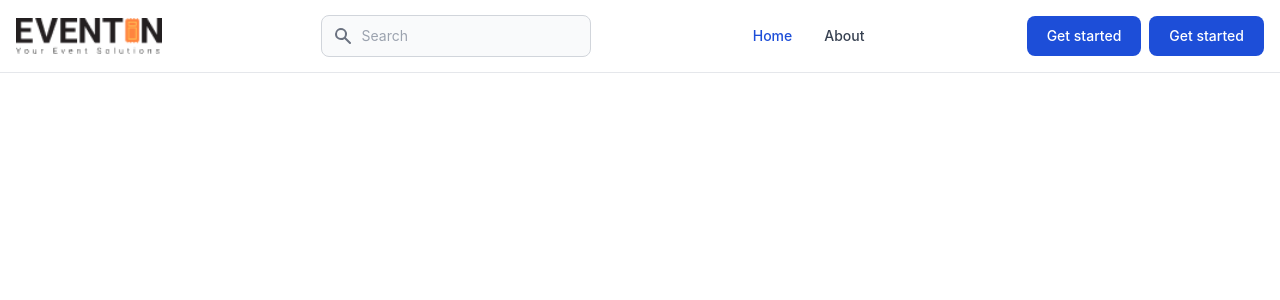
Repository: farrelmuhammad/eventon-indobild
Page: /
The author's editor kept a copy of each file at every save. The page is drawn from the files as they stood at one save, then again after the next save.
The browser window is 1280 px wide. The pictures show the whole page.
The project was rebuilt for these pictures with package versions that can differ from the ones it lists, and the page was loaded fresh each time. Also part of the build but not shown: src/App.css.

Above is the page before, as saved 2023-02-07 15:40:58.

After the next save:
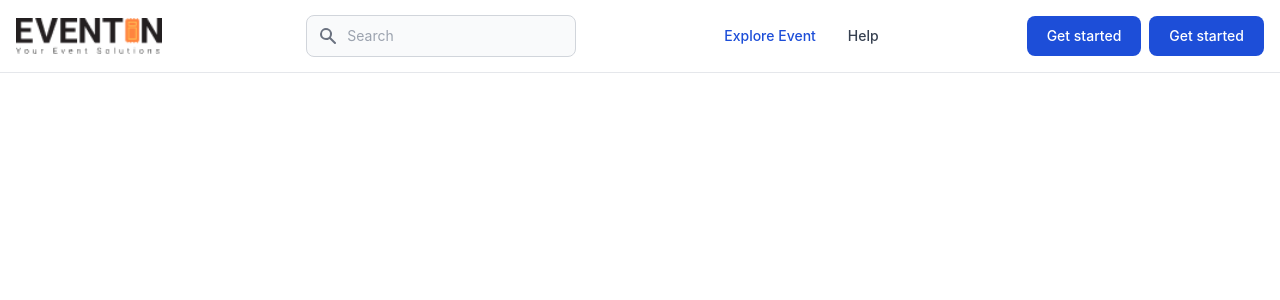
Saved 21 s later.
--- a/src/components/Navbar.jsx
+++ b/src/components/Navbar.jsx
@@ -31,10 +31,10 @@ const Navbar = () => {
                 <div class="items-center justify-between hidden w-full md:flex md:w-auto md:order-1" id="navbar-sticky">
                     <ul class="flex flex-col p-4 mt-4 border border-gray-100 rounded-lg bg-gray-50 md:flex-row md:space-x-8 md:mt-0 md:text-sm md:font-medium md:border-0 md:bg-white">
                         <li>
-                            <a href="#" class="block py-2 pl-3 pr-4 text-white bg-blue-700 rounded md:bg-transparent md:text-blue-700 md:p-0 dark:text-white" aria-current="page">Home</a>
+                            <a href="#" class="block py-2 pl-3 pr-4 text-white bg-blue-700 rounded md:bg-transparent md:text-blue-700 md:p-0 dark:text-white" aria-current="page">Explore Event</a>
                         </li>
                         <li>
-                            <a href="#" class="block py-2 pl-3 pr-4 text-gray-700 rounded hover:bg-gray-100 md:hover:bg-transparent md:hover:text-blue-700 md:p-0">About</a>
+                            <a href="#" class="block py-2 pl-3 pr-4 text-gray-700 rounded hover:bg-gray-100 md:hover:bg-transparent md:hover:text-blue-700 md:p-0">Help</a>
                         </li>
                     </ul>
                 </div>
